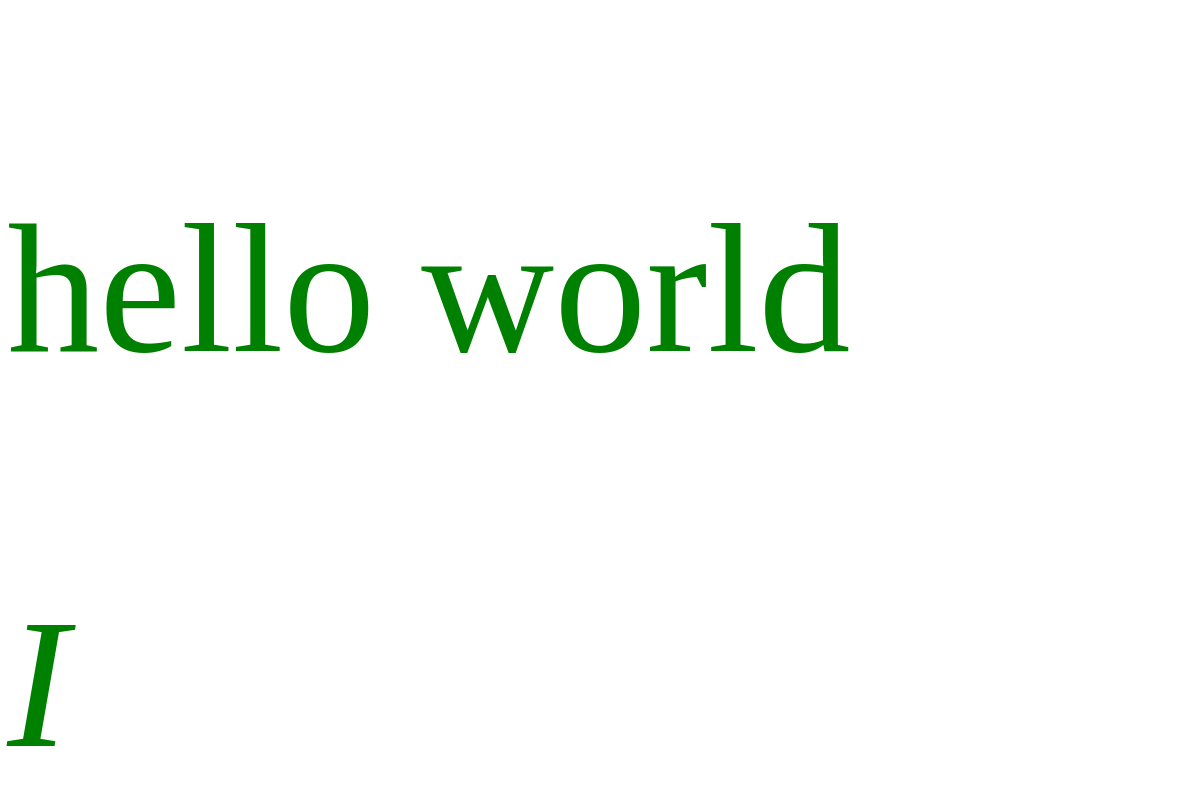
Repository: yokwejuste/TrailTraining
Page: http://localhost//
The author's editor kept a copy of each file at every save. The page is drawn from the files as they stood at one save, then again after the next save.
The browser window is 1280 px wide. The pictures show the whole page, at 92% of full size.
The page is served by the project's application, run on Django 2.2 (manage.py).

Above is the page before, as saved 2022-05-11 16:13:40.

After the next save:
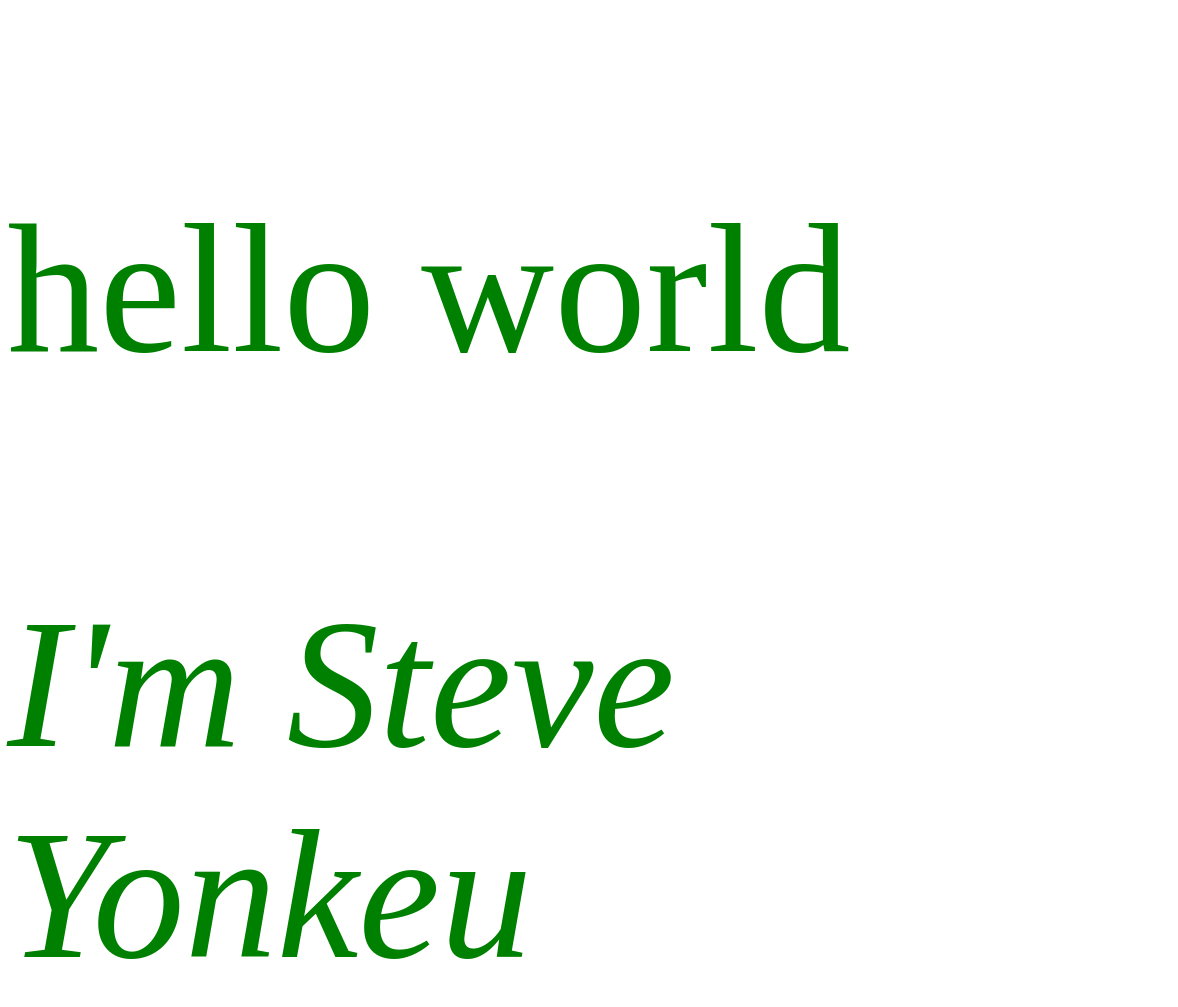
Saved 8 s later.
--- a/MusicStoreApp/templates/index.html
+++ b/MusicStoreApp/templates/index.html
@@ -10,6 +10,6 @@
 </head>
 <body>
     <p>hello world</p>
-    <i>I</i>
+    <i>I'm Steve Yonkeu</i>
 </body>
 </html>
